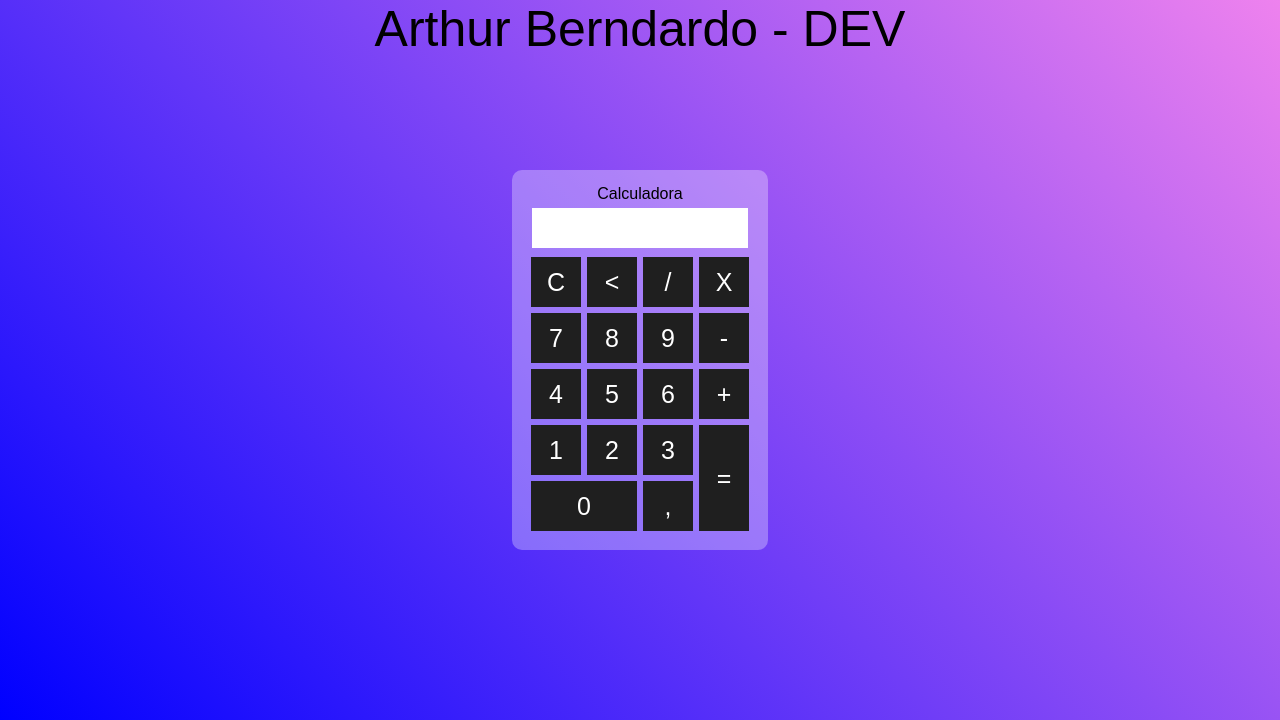
Repository: oThurDev/calculadora
Page: calculadora.html
The author's editor kept a copy of each file at every save. The page is drawn from the files as they stood at one save, then again after the next save.
The browser window is 1280 px wide. The pictures show the whole page.

Above is the page before, as saved 2022-02-25 16:34:24.

After the next save:
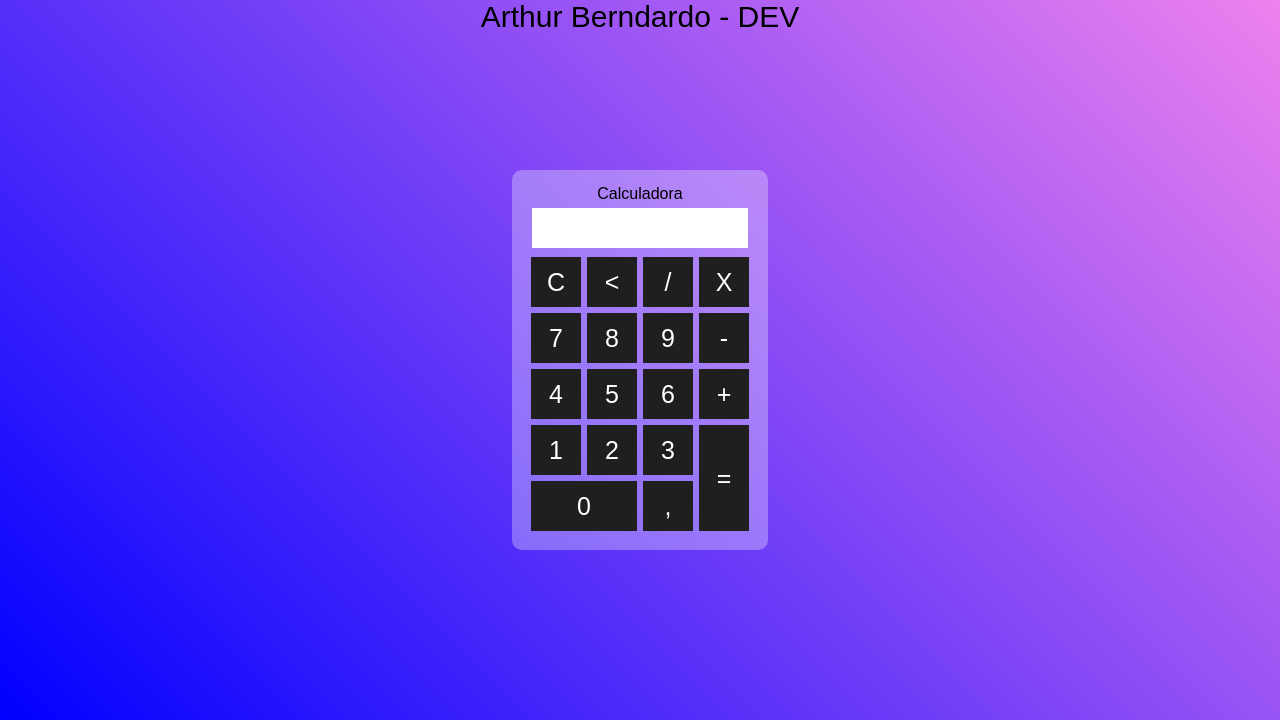
Saved 11 s later.
--- a/style_calculadora.css
+++ b/style_calculadora.css
@@ -12,7 +12,7 @@
 }
 
 .title{
-    font-size: 50px;
+    font-size: 30px;
 }
 
 .calculadora{
